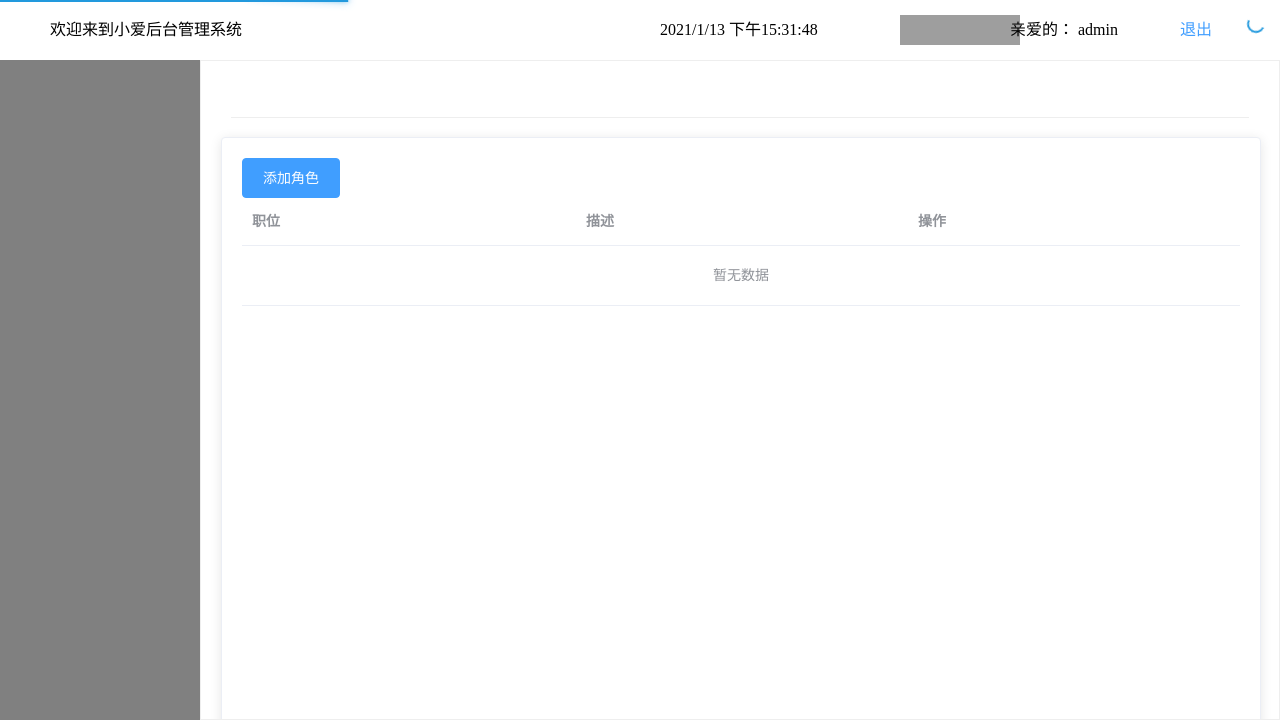
Repository: heyegang/vuex
Page: /rolelist
An editor plug-in stored every save of this project. The page is shown before and after the next save, followed by the edit.
The browser window is 1280 px wide. The pictures show the whole page.
Pictures or frames that could not be fetched are drawn as grey boxes. The page's requests for data from a server got no answer. The project was rebuilt for these pictures with package versions that can differ from the ones it lists, and the page was loaded fresh each time. No one was signed in, and anything a server would have sent is missing. Also part of the build but not shown: vue.config.js, src/views/Home.vue, src/components/navsidebar/NavSidebar.vue.

Above is the page before, as saved 2021-01-14 17:52:57.

After the next save:
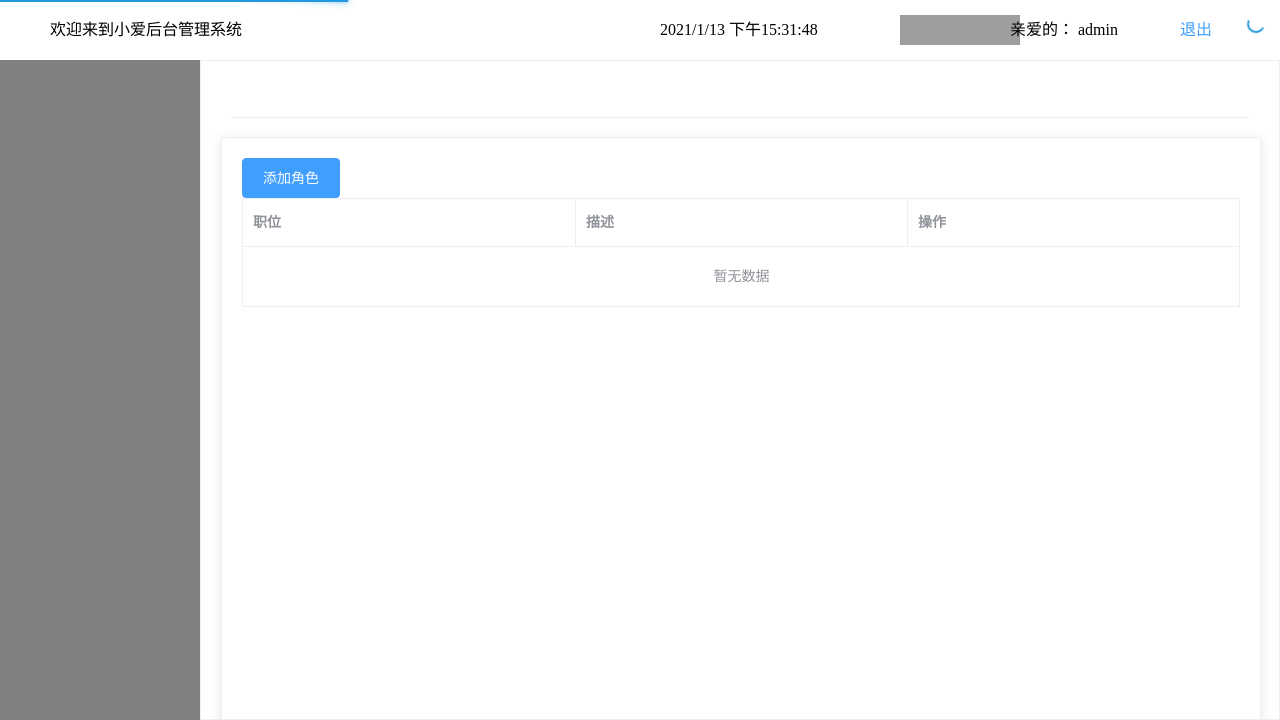
Saved 31 min 4 s later.
--- a/src/components/rolelisttable/RoleListTable.vue
+++ b/src/components/rolelisttable/RoleListTable.vue
@@ -22,6 +22,10 @@ export default {
     data:{
       type:Array,
       required:true,
+    },
+    border:{
+      type:Boolean,
+      required:true,
     }
   },
   data() {
